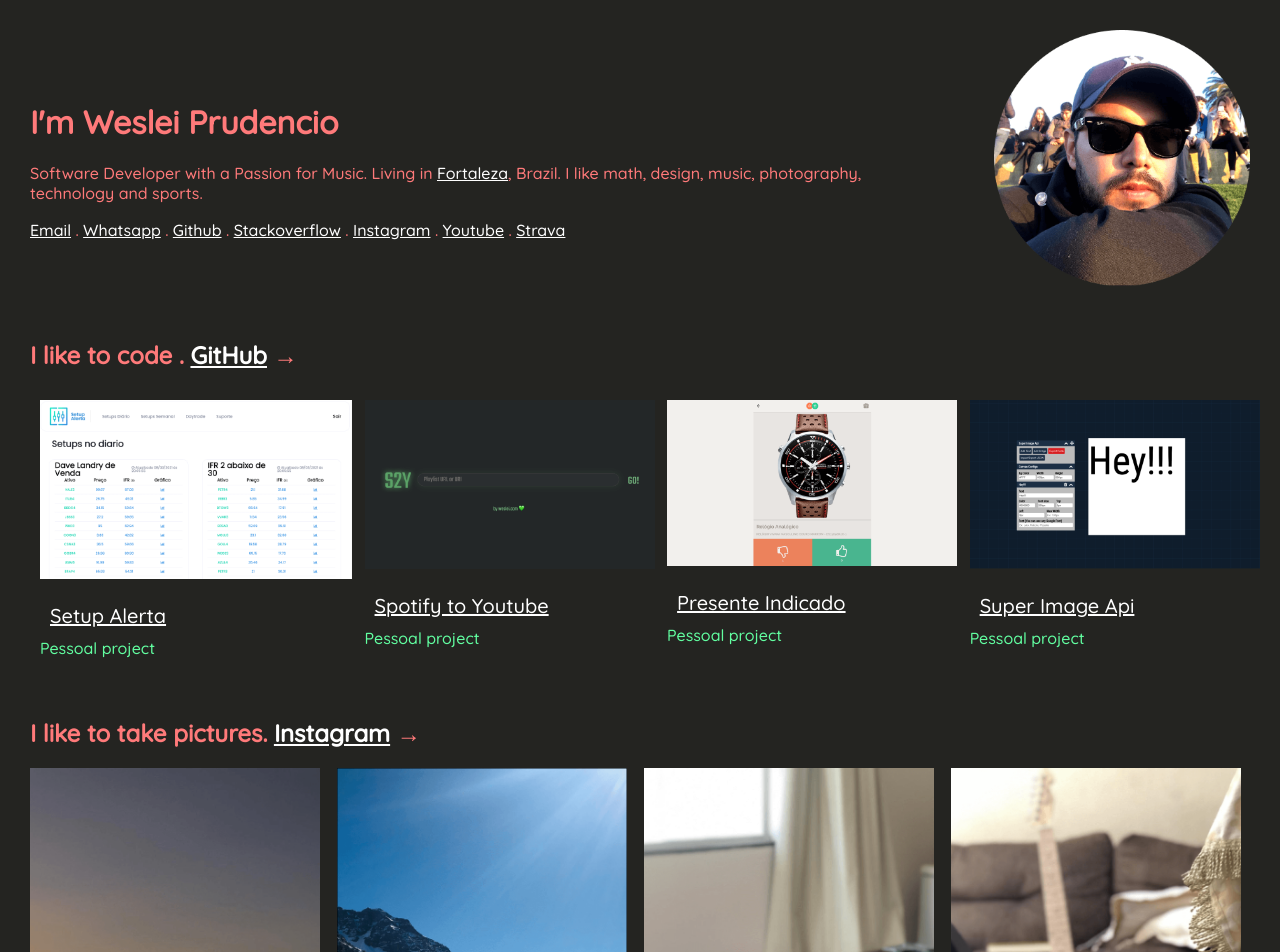
Repository: wprudencio/mywebsite
Page: index_src.html
An editor plug-in stored every save of this project. The page is shown before and after a run of saves, followed by the edit.
The browser window is 1280 px wide. The pictures show the part of the page from y = 0 to 952 px (the page is 2023 px tall before and 1973 px after).

Above is the page before, as saved 2021-04-15 21:16:16.

### index_src.html
<!DOCTYPE html>
<html lang="en">
  <head>
    <meta charset="UTF-8" />
    <meta name="viewport" content="width=device-width, initial-scale=1.0" />
    <meta http-equiv="X-UA-Compatible" content="ie=edge" />
    <meta name="description" content="Software Developer with a Passion for Music. I like math, design, music, photography, technology and sports.">
    <meta name="keywords" content="Software Engineer,nodejs,node,node.js,javascript,react,react-native,react,postgree,dokku,docker,css,html,fullstack,fullstack developer">
    <title>Weslei Prudencio - Fullstack Developer</title>
    <link rel="stylesheet" type="text/css" href="style.css" />
    <link rel="preconnect" href="https://fonts.gstatic.com" />
    <link rel="shortcut icon" href="img/favicon.ico">
    <link
      href="https://fonts.googleapis.com/css2?family=Quicksand:wght@500&display=swap"
      rel="stylesheet"
    />
  </head>
  <body>
    <div class="header">
      <div class="titles">
        <h1 class="title">I'm Weslei Prudencio</h1>
        <div class="subtile subcolor">
          Software Developer with a Passion for Music. Living in <a target="_blank" href="https://www.google.com/maps/search/fortaleza/@-3.7402515,-38.5448821,14.12z">Fortaleza</a>,
          Brazil. I like math, design, music, photography, technology and sports.
        </div>
        <div class="social-links">
          <a target="_blank" href="/img/contactme.png">Email</a> . <a target="_blank" href="https://api.whatsapp.com/send?phone=+5585997731370&text=hey!"> Whatsapp</a> . <a target="_blank" href="https://github.com/wprudencio">Github</a> .
          <a target="_blank" href="https://stackoverflow.com/users/1723176/weslei-prudencio">Stackoverflow</a> . <a target="_blank" href="https://www.instagram.com/wesprudencio/">Instagram</a> .
          <a target="_blank" href="https://www.youtube.com/user/wesleiwpa">Youtube</a> . <a target="_blank" href="https://www.strava.com/athletes/46133690">Strava</a>
        </div>
      </div>
      <div class="profile-picture"><img src="./img/weslei.png" /></div>
    </div>

    <section class="code">
      <h1 class="title">
        I like to code . <a href="https://github.com/wprudencio" target="_blank" class="subcolor">GitHub</a>
        <span class="hide-on-mobile">→</span>
      </h1>
      <div class="hide-on-mobile">

        <div class="code-content">
          <img src="img/screenshot_setupalerta.png" width="300" />
          <div class="title"><a class="title" href="https://www.setupalerta.com.br">Setup Alerta</a></div>
          <div class="subtitle">Pessoal project</div>
          <!-- <div class="description">
            Software Developer with a Passion for Design. Living in Fortaleza,
            Brazil. I like math, design, technology, and found in software
            development the perfect balance. Django
          </div> -->
        </div>
        <div class="code-content">
          <img src="img/screenshot_s2y.png" width="300" />
          <div class="title"><a class="title" href="https://spotifytoyoutube.weslei.com/">Spotify to Youtube</a></div>
          <div class="subtitle">Pessoal project</div>
          <!-- <div class="description">
            Software Developer with a Passion for Design. Living in Fortaleza,
            Brazil. I like math, design, technology, and found in software
            development the perfect balance. Django
          </div> -->
        </div>
        <div class="code-content">
          <img src="img/screenshot_presenteindicado.png" width="300" />
          <div class="title"><a class="title" href="https://presenteindicado.herokuapp.com/">Presente Indicado</a></div>
          <div class="subtitle">Pessoal project</div>
          <!-- <div class="description">
            Software Developer with a Passion for music and design. Living in Fortaleza,
            Brazil. I like music, design, technology, and found in software
            development the perfect balance. Django
          </div> -->
        </div>
        <div class="code-content">
          <img src="img/screenshot_superimageapi.png" width="300" />
          <div class="title"><a class="title" href="https://superimageapi.weslei.com/">Super Image Api</a></div>
          <div class="subtitle">Pessoal project</div>
          <!-- <div class="description">
            Software Developer with a Passion for music and design. Living in Fortaleza,
            Brazil. I like music, design, technology, and found in software
            development the perfect balance. Django
          </div> -->
        </div>
        <!-- <div class="code-content">
          <img src="img/screenshot_s2y.png" width="300" />
          <div class="title">Setup Alerta</div>
          <div class="subtitle">Pessoal project</div>
          <div class="description">
            Software Developer with a Passion for Design. Living in Fortaleza,
            Brazil. I like math, design, technology, and found in software
            development the perfect balance. Django
          </div>
        </div> -->
      </div>
    </section>

    <section class="photo">
      <h1 class="title">
        I like to take pictures. <a href="https://www.instagram.com/wesprudencio/" target="_blank" class="subcolor">Instagram</a href="">
        <span class="hide-on-mobile">→</span>
      </h1>
      <div class="section-content hide-on-mobile">
        <img src="img/photo1.png" />
        <img src="img/photo2.png" />
        <img src="img/photo3.png" />
        <img src="img/photo4.png" />
      </div>
    </section>
    <section class="music">
      <h1 class="title">
        I like to play . <a href="https://www.youtube.com/user/wesleiwpa" target="_blank" class="subcolor">YouTube</a>
        <span class="hide-on-mobile">→</span>
      </h1>
      <div class="section-content hide-on-mobile">
        <iframe
          src="https://www.youtube.com/embed/yPIpGEmBJB4"
          frameborder="0"
          allow="accelerometer; autoplay; clipboard-write; encrypted-media; gyroscope; picture-in-picture"
          allowfullscreen
        ></iframe>
        <iframe
          src="https://www.youtube.com/embed/cLxHDwdbUxs"
          frameborder="0"
          allow="accelerometer; autoplay; clipboard-write; encrypted-media; gyroscope; picture-in-picture"
          allowfullscreen
        ></iframe>
        <iframe
          src="https://www.youtube.com/embed/GoNQzONj6T8"
          frameborder="0"
          allow="accelerometer; autoplay; clipboard-write; encrypted-media; gyroscope; picture-in-picture"
          allowfullscreen
        ></iframe>
        <iframe
          src="https://www.youtube.com/embed/zvhm4AExjm4"
          frameborder="0"
          allow="accelerometer; autoplay; clipboard-write; encrypted-media; gyroscope; picture-in-picture"
          allowfullscreen
        ></iframe>
      </div>
    </section>

    <footer>Made with love in 🇧🇷</footer>


<!-- Global site tag (gtag.js) - Google Analytics -->
<script async src="https://www.googletagmanager.com/gtag/js?id=G-LMNC2LT64Z"></script>
<script>
  window.dataLayer = window.dataLayer || [];
  function gtag(){dataLayer.push(arguments);}
  gtag('js', new Date());

  gtag('config', 'G-LMNC2LT64Z');
</script><!-- Global site tag (gtag.js) - Google Analytics -->
<script async src="https://www.googletagmanager.com/gtag/js?id=G-LMNC2LT64Z"></script>
<script>
  window.dataLayer = window.dataLayer || [];
  function gtag(){dataLayer.push(arguments);}
  gtag('js', new Date());

  gtag('config', 'G-LMNC2LT64Z');
</script>
  </body>
</html>

### style.css
body {
  background-color: #242421;
  font-family: "Quicksand", sans-serif;
  color: #ff7a7a;
  max-width: 1400px;
  margin: 0 auto;
  padding: 30px;
}
section {
  margin-top: 50px;
}
a {
  color: #ffff;
}

.social-links {
  padding-top: 17px;
}

.header {
  display: flex;
  flex-direction: row;
  margin: auto;
}

.code > div {
  display: flex;
}

.code-content:not(:first-child) {
  /* border: 1px solid; */
  max-width: 23.8%;
  padding-left: 1%;
}

.code-content :not(:first-child) {
  margin: 10px;
}

.code-content :first-child {
  margin: 10px;
}

.code-content > img {
  width: 100%;
}

.code-content .title {
  font-size: 20px;
}

.code-content .subtitle {
  color: #62ffa1;
}

.code-content .description {
  color: #ffff;
}

.header .titles {
  margin: auto 0;
}

.header .subtile {
  margin-right: 50px;
}

.profile-picture > img {
  width: 256px;
  margin: auto;
}

section.photo img {
  width: 23.8%;

  margin: auto;
}

section.photo img:not(:last-child) {
  padding-right: 1%;
}

section.music iframe {
  width: 23.8%;
  height: 500px;
}

section.music iframe:not(:last-child) {
  padding-right: 1%;
}
footer {
  margin-top: 40px;
}

@media only screen and (min-width: 1077px) {
}

@media only screen and (max-width: 800px) {
  .hide-on-mobile {
    display: none !important;
  }

  .profile-picture > img {
    width: 120px;
    margin: auto;
  }
}

After the next 2 saves:
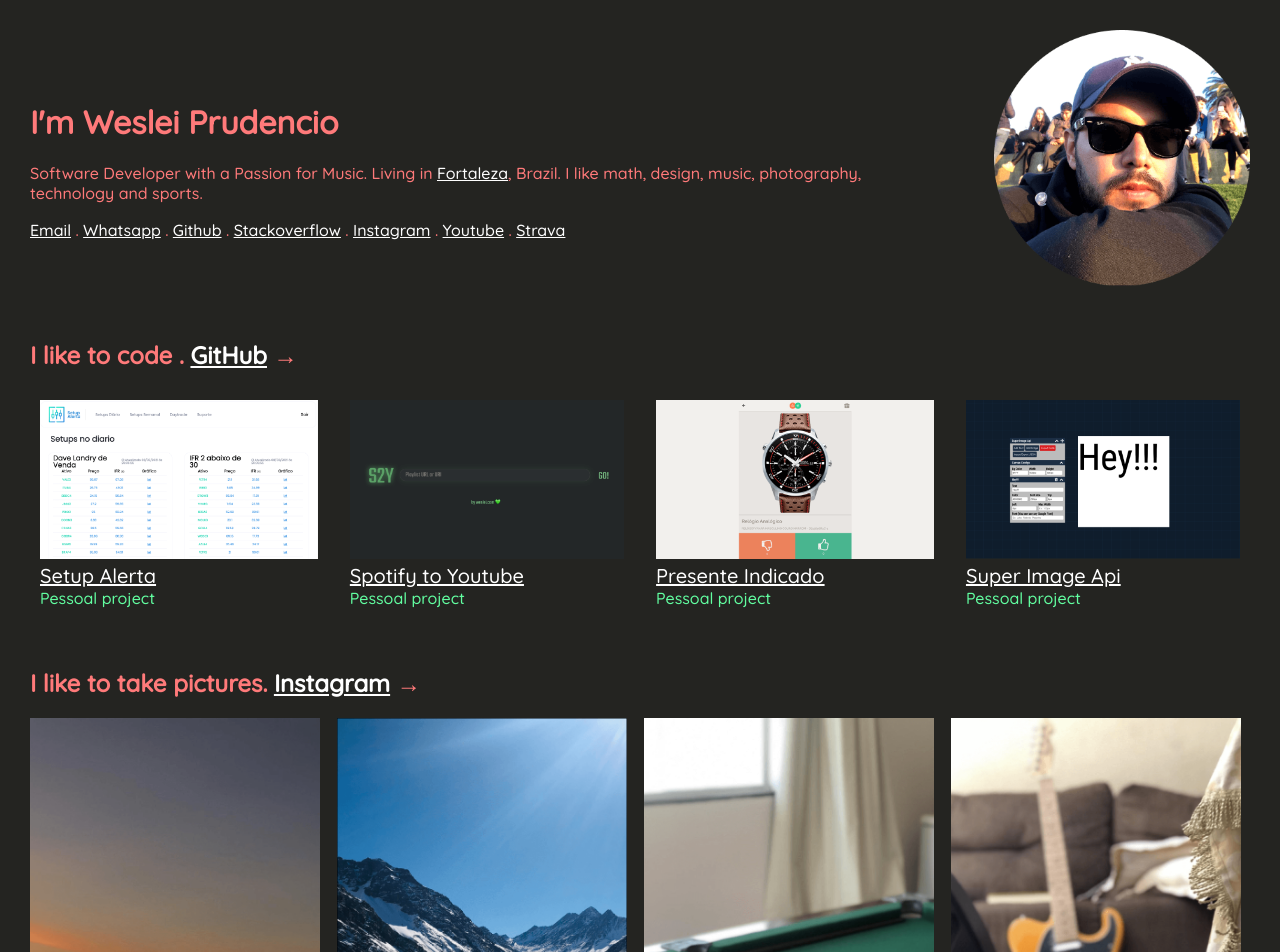
The 2 saves are shown as one change because they came seconds apart.
The last was saved 21 s later.
--- a/style.css
+++ b/style.css
@@ -33,13 +33,13 @@ a {
   padding-left: 1%;
 }
 
-.code-content :not(:first-child) {
+.code-content {
   margin: 10px;
 }
-
+/*
 .code-content :first-child {
   margin: 10px;
-}
+} */
 
 .code-content > img {
   width: 100%;
